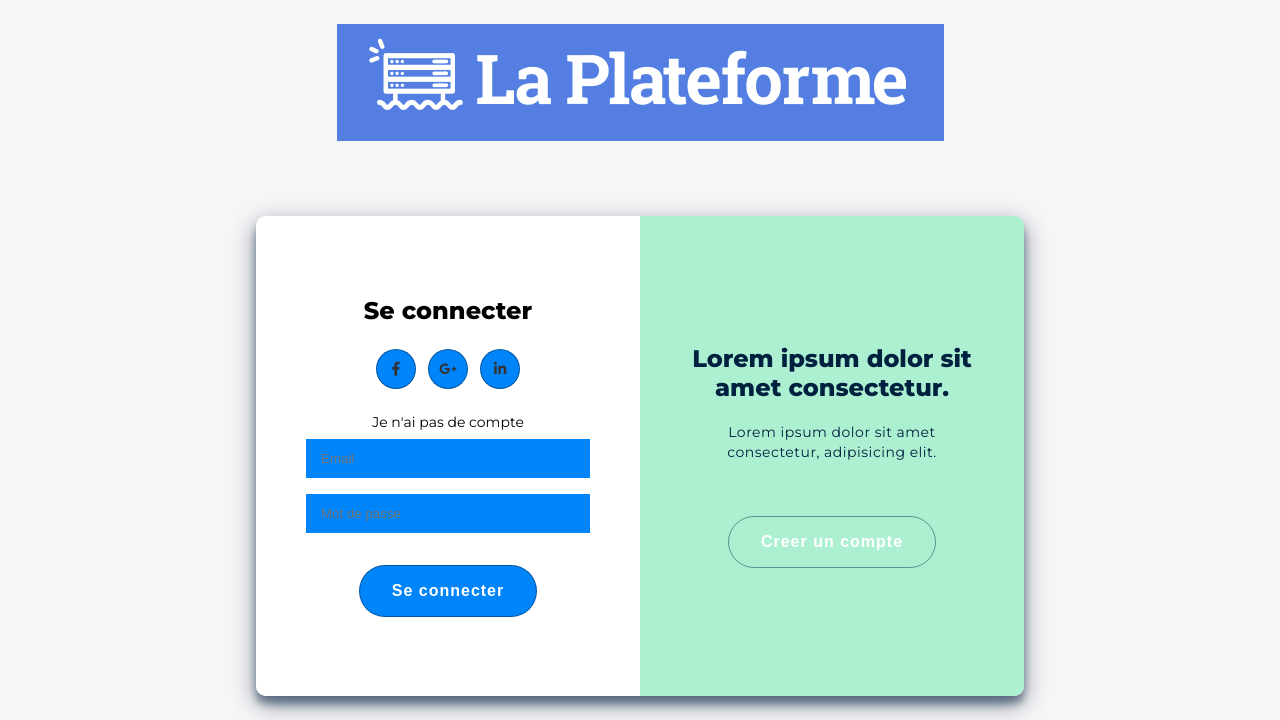
Repository: karim-sebih/runtrackJs
Page: bigjob/index.html
The author's editor kept a copy of each file at every save. The page is drawn from the files as they stood at one save, then again after a run of saves.
The browser window is 1280 px wide. The pictures show the whole page.
Some web libraries are served in a nearby version.

Above is the page before, as saved 2025-03-20 11:54:39.
Console error: TypeError: Cannot read properties of null (reading 'addEventListener')

### bigjob/index.html
<!DOCTYPE html>
<html lang="fr">

<head>
	<meta charset="utf-8" />
	<title>formulaire</title>
	<link rel="stylesheet" href="./Css/index.css" />
	<link rel="stylesheet" href="https://cdnjs.cloudflare.com/ajax/libs/font-awesome/5.14.0/css/all.min.css" />
</head>

<body>
    <div class="logo" >

        <img src="/asset/logo-laplateforme-2024.png" alt="logo laplateforme">
    </div>
	<div class="container" id="container">
		<div class="form-container sign-up-container">
			<form action="#">
				<h1>Creer un compte</h1>
				<div class="social-container">
					<a href="#"><i class="fab fa-facebook-f"></i></a>
					<a href="#"><i class="fab fa-google-plus-g"></i></a>
					<a href="#"><i class="fab fa-linkedin-in"></i></a>
				</div>
				<span>Utiliser compte gmail</span>
				<input type="text" placeholder="Nom">
				<input type="email" placeholder="Email">
				<input type="password" placeholder="Mot de passe">
				<button>Creer le compte</button>
			</form>
		</div>
		<div class="form-container login-container">
			<form action="#">
				<h1>Se connecter</h1>
				<div class="social-container">
					<a href="#"><i class="fab fa-facebook-f"></i></a>
					<a href="#"><i class="fab fa-google-plus-g"></i></a>
					<a href="#"><i class="fab fa-linkedin-in"></i></a>
				</div>
				<span>Je n'ai pas de compte</span>
				<input type="email" placeholder="Email">
				<input type="password" placeholder="Mot de passe">
				<button>Se connecter</button>
			</form>
		</div>

		<div class="overlay-container">
			<div class="overlay">
				<div class="overlay-panel overlay-left">
					<h1>Lorem ipsum dolor sit amet consectetur.</h1>
					<p>Lorem ipsum dolor sit amet consectetur, adipisicing elit.</p>
					<button class="ghost" id="login">Se connecter</button>
				</div>
				<div class="overlay-panel overlay-right">
					<h1>Lorem ipsum dolor sit amet consectetur.</h1>
					<p>Lorem ipsum dolor sit amet consectetur, adipisicing elit. </p>
					<button class="ghost" id="signUp">Creer un compte</button>
				</div>
			</div>
		</div>
	</div>

	<script src="script.js" charset="utf-8"></script>
</body>

</html>

### bigjob/css/index.css
@import url('https://fonts.googleapis.com/css?family=Montserrat:400,800');

* {
	box-sizing: border-box;
	margin: 0;
	padding: 0;
}

body {
	background: #f6f5f7;
	display: flex;
	justify-content: center;
	align-items: center;
	flex-direction: column;
	font-family: 'Montserrat', sans-serif;
	height: 100vh;
}

.logo {
    display: flex;
    align-content: center;
    justify-content: center;
    margin-bottom:75px ;
}


.container{
	position: relative;
	overflow: hidden;
	min-height: 480px;
	width: 768px;
	max-width: 100%;
	background-color: #fff;
	border-radius: 10px;
	box-shadow: 0 8px 24px  rgba(0, 32, 63, .45),
		  0 8px 8px rgba(0, 32, 63, .45);
}

.form-container {
	position: absolute;
	top: 0;
	height: 100%;
	transition: .6s ease-in-out;
}

.sign-up-container {
	left: 0;
	width: 50%;
	opacity: 0;
	z-index: 1;
}

.container.panel-active .sign-up-container {
	transform: translateX(100%);
	opacity: 1;
	z-index: 5;
	animation: show .6s
}

@keyframes show {
	0%, 49.99% {
		opacity: 0;
		z-index: 1;
	}

	50%, 100% {
		opacity: 1;
		z-index: 5;
	}
}

.container.panel-active .login-container {
	transform: translateX(100%);
}

.login-container {
	left: 0;
	width: 50%;
	z-index: 2;
}

form {
	background-color: #fff;
	display: flex;
	align-items: center;
	justify-content: center;
	flex-direction: column;
	padding: 0 50px;
	height: 100%;
	text-align: center;
}

input {
	background-color: #0084FA;
	border: none;
	padding: 12px 15px;
	margin: 8px 0;
	width: 100%;
}

button.ghost {
	background-color: transparent;
}

button {
	background-color: #0084FA;
	color: #fff;
	border: 1px solid #0084FA;
	font-size: 16px;
	font-weight: bold;
	padding: 16px 32px;
	margin-top: 24px;
	letter-spacing: 1px;
	border-radius: 50px;
	border-color: rgba(0, 32, 63, .45);
	transition: .2s ease-in;
}

button:hover {
	cursor: pointer;
	background-color: #fff;
	color: #0084FA;
}

button:active {
	transform: scale(.95);
}

.social-container {
	margin: 24px 0;
}

.social-container a {
	display: inline-flex;
	justify-content: center;
	align-items: center;
	margin: 0 4px;
	height: 40px;
	width: 40px;
	border-radius: 50%;
	background-color: #0084FA;
	border: 1px solid rgba(0, 32, 63, .45);
}

h1 {
	margin: 0;
	font-size: 24px;
}

span {
	font-size: 14px;
}

a {
	text-decoration: none;
	font-size: 14px;
	margin: 8px 0 16px;
	color: #333;
}

.overlay-container {
	position: absolute;
	top: 0;
	left: 50%;
	width: 50%;
	height: 100%;
	overflow: hidden;
	z-index: 100;
	transition: transform .6s ease-in-out;
}

.container.panel-active .overlay-container {
	transform: translateX(-100%);
}

.overlay {
	background: linear-gradient(to right, #adf0d1, #e7f0fd);
	background: #adf0d1;
	color: #00203f;
	position: relative;
	left: -100%;
	height: 100%;
	width: 200%;
	transform: translateX(0);
	transition: transform .6s ease-in-out;
}

.container.panel-active .overlay {
	transform: translateX(50%);
}

.overlay-panel {
	position: absolute;
	display: flex;
	align-items: center;
	justify-content: center;
	flex-direction: column;
	padding: 0 40px;
	text-align: center;
	top: 0;
	height: 100%;
	width: 50%;
	transform: translateX(0);
	transition: transform .6s ease-in-out;
}

.overlay-left {
	transform: translateX(-20%);
}

.container.panel-active .overlay-left {
	transform: translateX(0);
}

.overlay-right {
	right: 0;
	transform: translateX(0);
}

.container.panel-active .overlay-right {
	transform: translateX(20%);
}

p {
	font-size: 14px;
	font-weight: 100;
	line-height: 20px;
	letter-spacing: .5px;
	margin: 20px 0 30px;
}

### bigjob/js/script.js

const container = document.getElementById('container');
const loginButton = document.getElementById('connecter');
const signUpButton = document.getElementById('inscription');

signUpButton.addEventListener('click', () => {
	container.classList.add('panel-active');
})

loginButton.addEventListener('click', () => {
	container.classList.remove('panel-active');
})

After the next 2 saves:
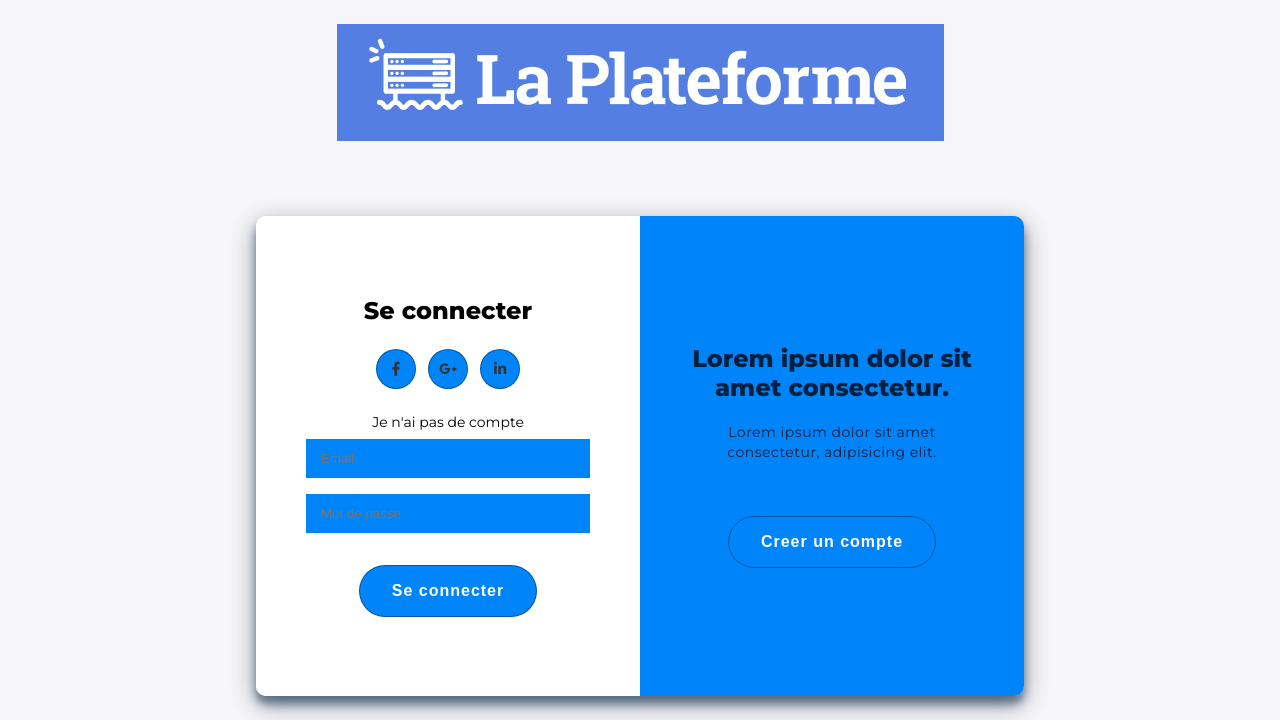
The 2 saves are shown as one change because they came seconds apart.
The last was saved 9 s later.
--- a/bigjob/css/index.css
+++ b/bigjob/css/index.css
@@ -174,8 +174,8 @@ a {
 }
 
 .overlay {
-	background: linear-gradient(to right, #adf0d1, #e7f0fd);
-	background: #adf0d1;
+	background: linear-gradient(to right, #0084FA, #e7f0fd);
+	background: #0084FA;
 	color: #00203f;
 	position: relative;
 	left: -100%;
